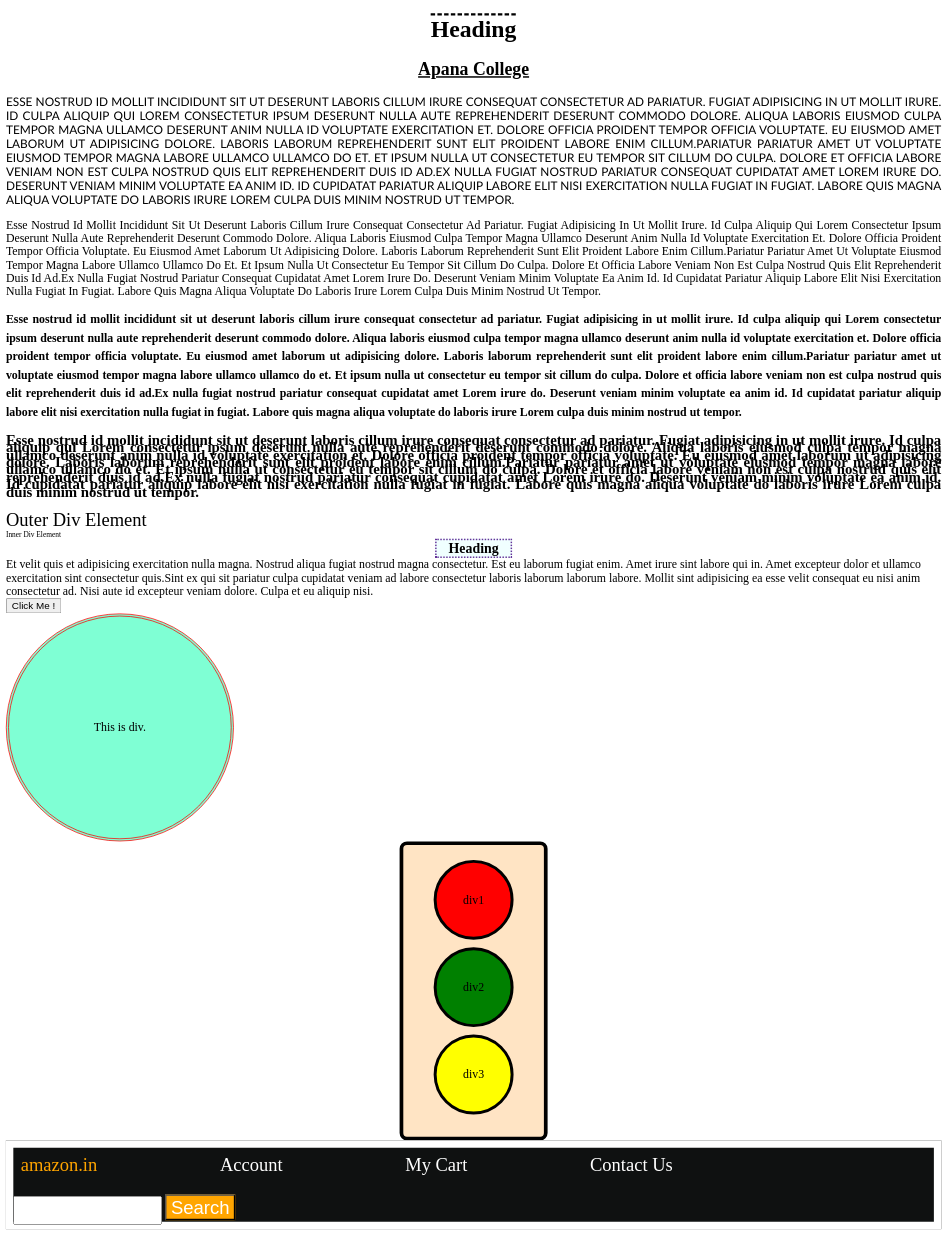
Repository: rakeshkolpepatil/CSS_Apana_College
Page: index.html
The author's editor kept a copy of each file at every save. The page is drawn from the files as they stood at one save, then again after the next save.
The browser window is 1280 px wide. The pictures show the whole page, at 74% of full size.

Above is the page before, as saved 2023-06-22 22:06:43.

### index.html
<!DOCTYPE html>
<html lang="en">
<head>
  <meta charset="UTF-8">
  <meta name="viewport" content="width=device-width, initial-scale=1.0">
  <title>Document</title>
  <link rel="stylesheet" href="styleTwo.css">
</head>
<body>
  <h1> Heading </h1>
  <h2> Apana College </h2>
  <p id="pOne">Esse nostrud id mollit incididunt sit ut deserunt laboris cillum irure consequat consectetur ad pariatur. Fugiat adipisicing in ut mollit irure. Id culpa aliquip qui Lorem consectetur ipsum deserunt nulla aute reprehenderit deserunt commodo dolore. Aliqua laboris eiusmod culpa tempor magna ullamco deserunt anim nulla id voluptate exercitation et. Dolore officia proident tempor officia voluptate. Eu eiusmod amet laborum ut adipisicing dolore. Laboris laborum reprehenderit sunt elit proident labore enim cillum.Pariatur pariatur amet ut voluptate eiusmod tempor magna labore ullamco ullamco do et. Et ipsum nulla ut consectetur eu tempor sit cillum do culpa. Dolore et officia labore veniam non est culpa nostrud quis elit reprehenderit duis id ad.Ex nulla fugiat nostrud pariatur consequat cupidatat amet Lorem irure do. Deserunt veniam minim voluptate ea anim id. Id cupidatat pariatur aliquip labore elit nisi exercitation nulla fugiat in fugiat. Labore quis magna aliqua voluptate do laboris irure Lorem culpa duis minim nostrud ut tempor.
  </p>
  <p id="pTwo">Esse nostrud id mollit incididunt sit ut deserunt laboris cillum irure consequat consectetur ad pariatur. Fugiat adipisicing in ut mollit irure. Id culpa aliquip qui Lorem consectetur ipsum deserunt nulla aute reprehenderit deserunt commodo dolore. Aliqua laboris eiusmod culpa tempor magna ullamco deserunt anim nulla id voluptate exercitation et. Dolore officia proident tempor officia voluptate. Eu eiusmod amet laborum ut adipisicing dolore. Laboris laborum reprehenderit sunt elit proident labore enim cillum.Pariatur pariatur amet ut voluptate eiusmod tempor magna labore ullamco ullamco do et. Et ipsum nulla ut consectetur eu tempor sit cillum do culpa. Dolore et officia labore veniam non est culpa nostrud quis elit reprehenderit duis id ad.Ex nulla fugiat nostrud pariatur consequat cupidatat amet Lorem irure do. Deserunt veniam minim voluptate ea anim id. Id cupidatat pariatur aliquip labore elit nisi exercitation nulla fugiat in fugiat. Labore quis magna aliqua voluptate do laboris irure Lorem culpa duis minim nostrud ut tempor.
  </p>
  <p id="pThree">Esse nostrud id mollit incididunt sit ut deserunt laboris cillum irure consequat consectetur ad pariatur. Fugiat adipisicing in ut mollit irure. Id culpa aliquip qui Lorem consectetur ipsum deserunt nulla aute reprehenderit deserunt commodo dolore. Aliqua laboris eiusmod culpa tempor magna ullamco deserunt anim nulla id voluptate exercitation et. Dolore officia proident tempor officia voluptate. Eu eiusmod amet laborum ut adipisicing dolore. Laboris laborum reprehenderit sunt elit proident labore enim cillum.Pariatur pariatur amet ut voluptate eiusmod tempor magna labore ullamco ullamco do et. Et ipsum nulla ut consectetur eu tempor sit cillum do culpa. Dolore et officia labore veniam non est culpa nostrud quis elit reprehenderit duis id ad.Ex nulla fugiat nostrud pariatur consequat cupidatat amet Lorem irure do. Deserunt veniam minim voluptate ea anim id. Id cupidatat pariatur aliquip labore elit nisi exercitation nulla fugiat in fugiat. Labore quis magna aliqua voluptate do laboris irure Lorem culpa duis minim nostrud ut tempor.
  </p>
  <p id="pFour">Esse nostrud id mollit incididunt sit ut deserunt laboris cillum irure consequat consectetur ad pariatur. Fugiat adipisicing in ut mollit irure. Id culpa aliquip qui Lorem consectetur ipsum deserunt nulla aute reprehenderit deserunt commodo dolore. Aliqua laboris eiusmod culpa tempor magna ullamco deserunt anim nulla id voluptate exercitation et. Dolore officia proident tempor officia voluptate. Eu eiusmod amet laborum ut adipisicing dolore. Laboris laborum reprehenderit sunt elit proident labore enim cillum.Pariatur pariatur amet ut voluptate eiusmod tempor magna labore ullamco ullamco do et. Et ipsum nulla ut consectetur eu tempor sit cillum do culpa. Dolore et officia labore veniam non est culpa nostrud quis elit reprehenderit duis id ad.Ex nulla fugiat nostrud pariatur consequat cupidatat amet Lorem irure do. Deserunt veniam minim voluptate ea anim id. Id cupidatat pariatur aliquip labore elit nisi exercitation nulla fugiat in fugiat. Labore quis magna aliqua voluptate do laboris irure Lorem culpa duis minim nostrud ut tempor.
  </p>

  <div id="outer">
    Outer Div Element
    <div id="inner">
      Inner Div Element
    </div>
  </div>

  <h3> Heading </h3>
  <div>
    Et velit quis et adipisicing exercitation nulla magna. Nostrud aliqua fugiat nostrud magna consectetur. Est eu laborum fugiat enim. Amet irure sint labore qui in. Amet excepteur dolor et ullamco exercitation sint consectetur quis.Sint ex qui sit pariatur culpa cupidatat veniam ad labore consectetur laboris laborum laborum labore. Mollit sint adipisicing ea esse velit consequat eu nisi anim consectetur ad. Nisi aute id excepteur veniam dolore. Culpa et eu aliquip nisi.
  </div>
  <button> Click Me ! </button>
  <div id="div4"> This is div. </div>

  <div style="background-color: bisque; width: 150px; margin: auto; padding: 20px; border: 5px solid black; border-radius:10px" >
    <div class="div5"> div1 </div>
    <div class="div5" style="background-color: green;"> div2 </div>
    <div class="div5" style="background-color: yellow;"> div3 </div>
  </div>

  <div id="div6" >
    <a style="display:inline-block; margin-right: 13%; color: orange; margin-top: 10px; margin-left: 10px; text-decoration: none; ; text-decoration: none; font-size: 25px;" href="https://www.amazon.in" >amazon.in</a>
    <a style="display:inline-block; margin-right: 13%; color: white; margin-top: 10px; text-decoration: none; font-size: 25px;" href="">Account</a>
    <a style="display:inline-block; margin-right: 13%; color: white; margin-top: 10px; text-decoration: none; font-size: 25px;" href="">My Cart</a>
    <a style="display:inline-block; margin-right: 13%; color: white; margin-top: 10px; text-decoration: none; font-size: 25px;" href="">Contact Us</a>
    <input style="display:inline-block;  color: white; padding: 10px;"> </input>
    <button style="background-color: orange; color:white;  font-size: 25px; margin-top: 25px;"> Search</button>
  </div>
</body>
</html>

### styleTwo.css
h1{
  text-align: center;
  text-decoration:  dotted underline  ;
  text-decoration:  dashed overline  ;
}

h2{
  text-align: center;
  text-transform: capitalize;
  text-decoration: underline;
}

#pOne{
  text-align: justify;
  text-transform: uppercase;
  font-weight: 100;
  font-family: 'Gill Sans', 'Gill Sans MT', Calibri, 'Trebuchet MS', sans-serif;
}

#pTwo{
  text-transform: capitalize;
  text-align: justify;
  font-weight: 300;
}

#pThree{
  text-align: justify;
  line-height: 25px;
  font-weight: 600;
}

#pFour{
  text-align: justify;
  font-size: 20px;
  line-height: 10px;
  font-weight: 900;
}

#outer{
  font-size: 25px;
}

#inner{
  font-size: 10px;
}

#div4{
  height: 300px;
  width: 300px;
  background-color:aquamarine;

  /* border-width: 4px;
  border-color: black;
  border-style: dotted; */


  display: flex;
  text-align: center;
  justify-content: center;
  align-items: center;

  /* border: 4px solid red; */
  border: 4px double red;
  /* border-radius: 10px; */
  border-radius: 50% ;
}

h3{
  display: flex;
  justify-content: center;
  align-items:center;
  margin-left: 50%;
  /* text-align: center; */
  border: 2px dotted rebeccapurple;
  width: 100px;
  margin: auto;
  background-color:azure;
}

.div5{
  width: 100px;
  height: 100px;
  background-color:red;
  margin: auto;
  margin-bottom: 10px;
  display: flex;
  justify-content: center;
  align-items:center;
  border: 4px solid black;
  border-radius: 50%
}

#div6{
  height: 100px;
  border: 10px solid white;
  background-color:#0f1111;
}

After the next save:
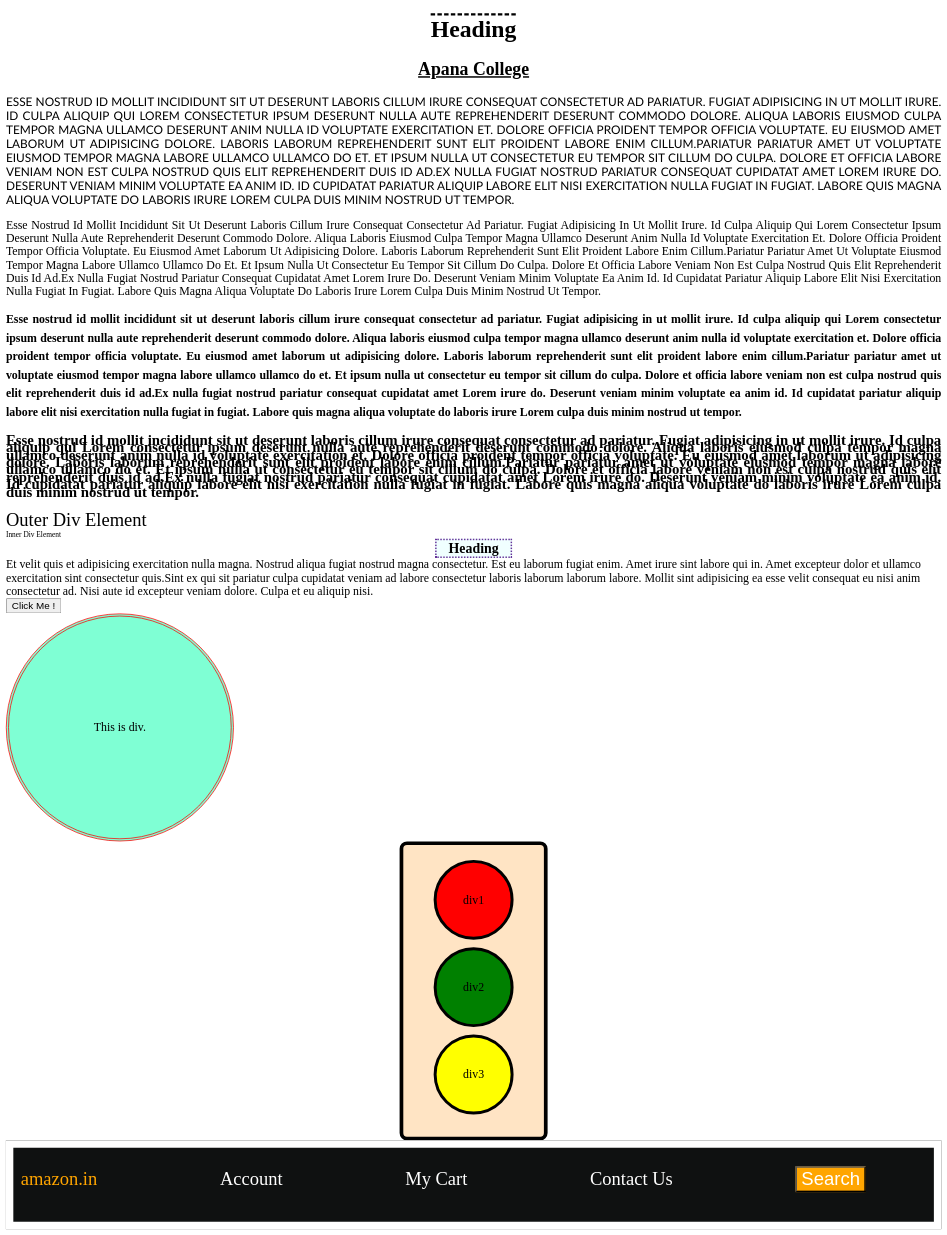
Saved 58 s later.
--- a/index.html
+++ b/index.html
@@ -43,8 +43,10 @@
     <a style="display:inline-block; margin-right: 13%; color: white; margin-top: 10px; text-decoration: none; font-size: 25px;" href="">Account</a>
     <a style="display:inline-block; margin-right: 13%; color: white; margin-top: 10px; text-decoration: none; font-size: 25px;" href="">My Cart</a>
     <a style="display:inline-block; margin-right: 13%; color: white; margin-top: 10px; text-decoration: none; font-size: 25px;" href="">Contact Us</a>
-    <input style="display:inline-block;  color: white; padding: 10px;"> </input>
-    <button style="background-color: orange; color:white;  font-size: 25px; margin-top: 25px;"> Search</button>
+    <div style="display:inline-block;>
+      <input style="display:inline-block;  color: white; padding: 10px;"> </input>
+      <button style="background-color: orange; color:white;  font-size: 25px; margin-top: 25px;"> Search</button>
+    </div>
   </div>
 </body>
 </html>

After the 2 saves that followed:
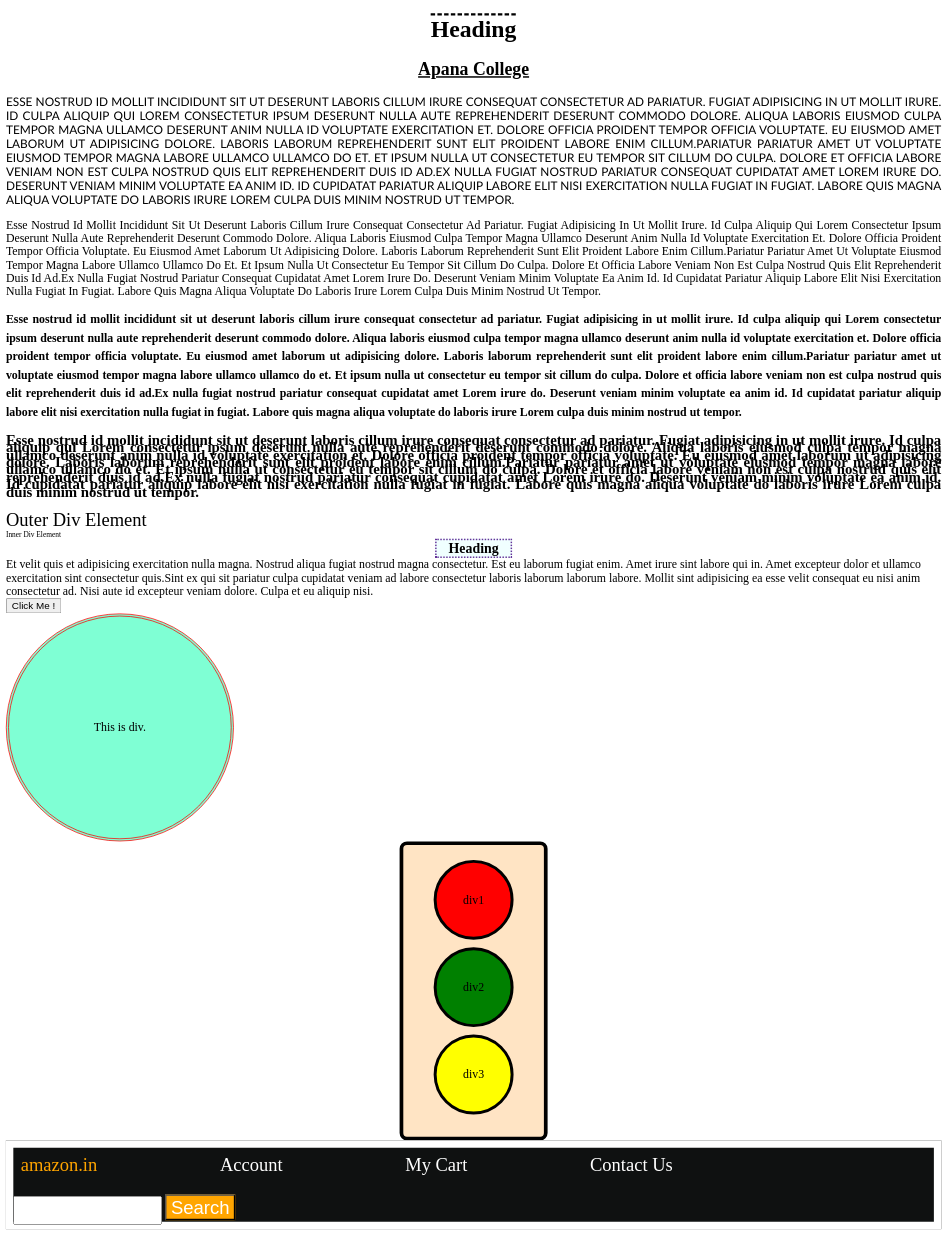
The 2 saves are shown as one change because they came seconds apart.
The last was saved 6 s later.
--- a/index.html
+++ b/index.html
@@ -43,7 +43,7 @@
     <a style="display:inline-block; margin-right: 13%; color: white; margin-top: 10px; text-decoration: none; font-size: 25px;" href="">Account</a>
     <a style="display:inline-block; margin-right: 13%; color: white; margin-top: 10px; text-decoration: none; font-size: 25px;" href="">My Cart</a>
     <a style="display:inline-block; margin-right: 13%; color: white; margin-top: 10px; text-decoration: none; font-size: 25px;" href="">Contact Us</a>
-    <div style="display:inline-block;>
+    <div style="display:inline-block;">
       <input style="display:inline-block;  color: white; padding: 10px;"> </input>
       <button style="background-color: orange; color:white;  font-size: 25px; margin-top: 25px;"> Search</button>
     </div>
